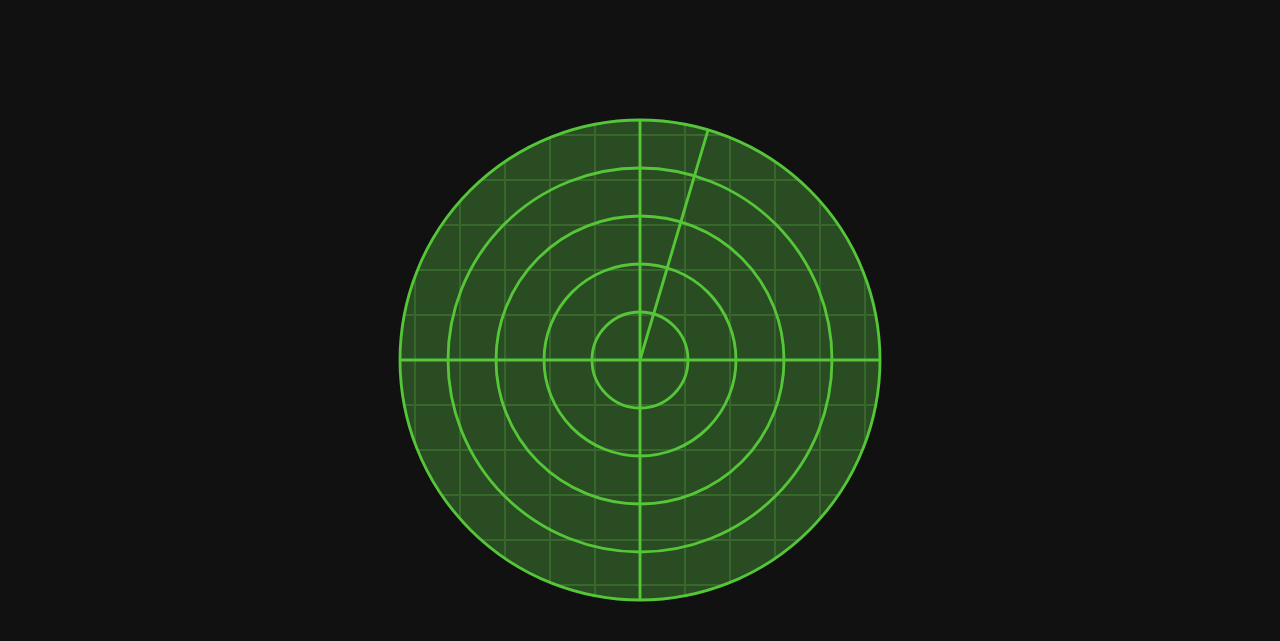
Repository: pedro-mancano/ProjetoCDM204
Page: scripts/radar.html
These files come from the project's save history. The page is drawn as it stood at one moment and after the next save; the edit follows.
The browser window is 1280 px wide. The pictures show the whole page.

Above is the page before, as saved 2024-11-27 08:51:03.

After the next save:
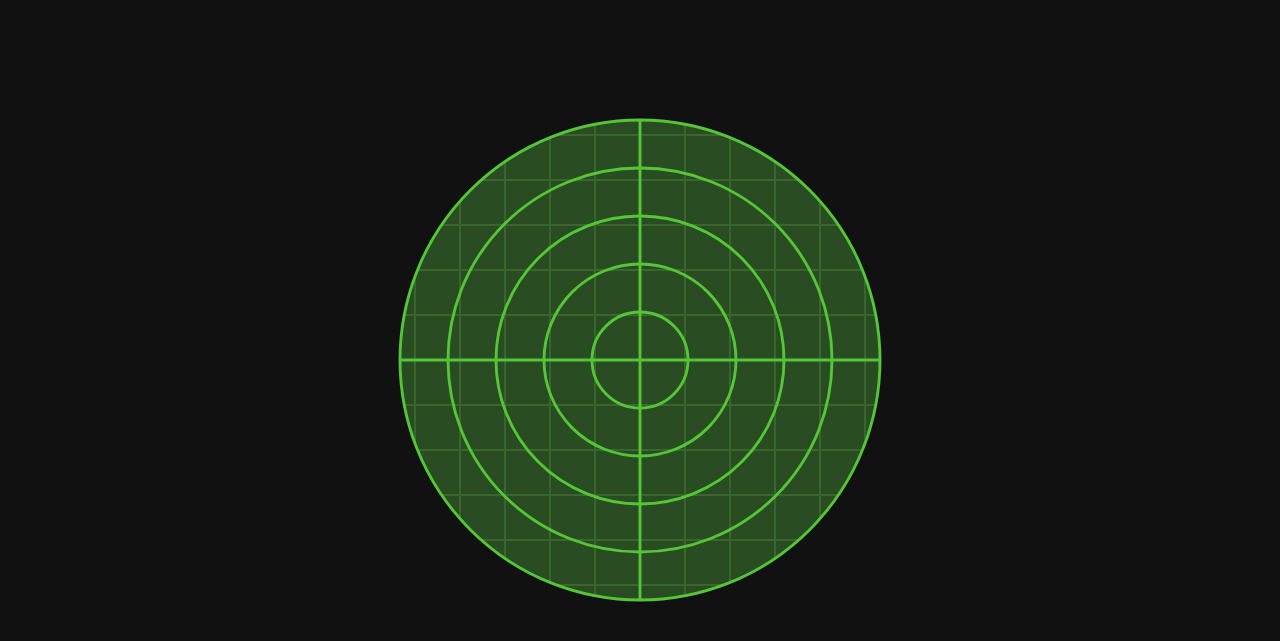
Console error: ReferenceError: angle is not defined
Saved 5 min 54 s later.
--- a/scripts/radar.js
+++ b/scripts/radar.js
@@ -71,7 +71,7 @@ function draw(elapsed) {
   ctx.lineWidth = 2 * scaleFactor;
   ctx.beginPath();
   ctx.moveTo(R, R);
-  ctx.lineTo(R + r * Math.cos((performance.now() / 1000) % (2 * Math.PI)), R + r * Math.sin((performance.now() / 1000) % (2 * Math.PI)));
+  ctx.lineTo(R + r * Math.cos(angle * Math.PI / 180), R + r * Math.sin(angle * Math.PI / 180));
   ctx.stroke();
 }
 

After the 3 saves that followed:
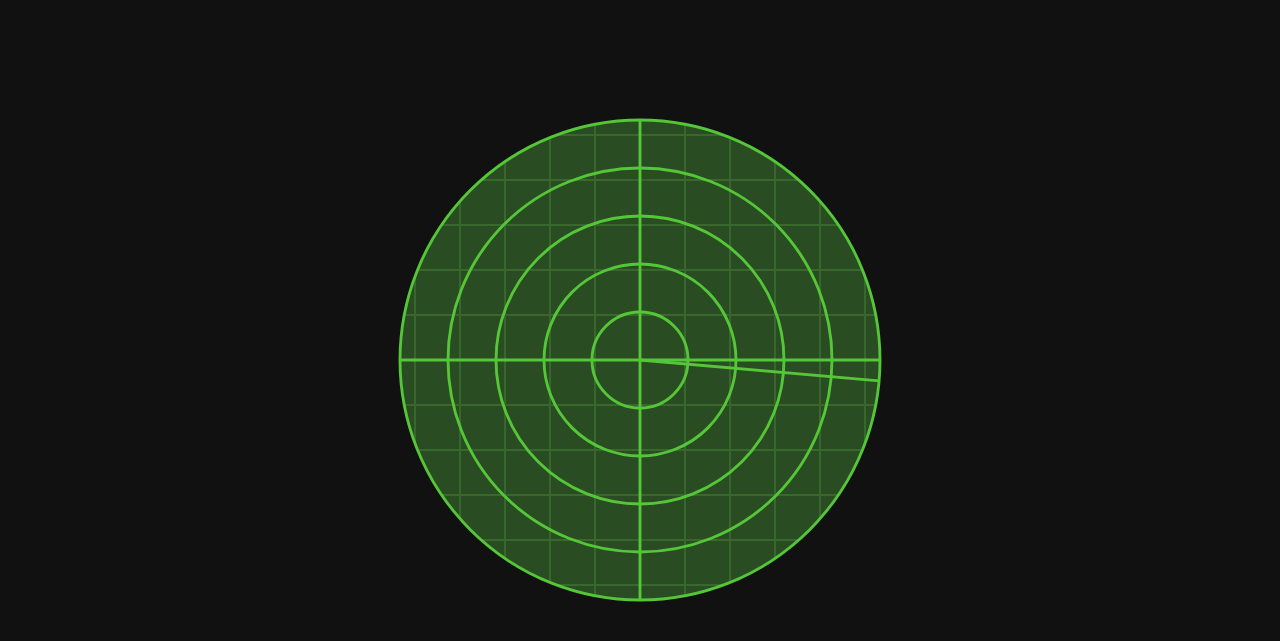
The error is gone.
The 3 saves are shown as one change because they came seconds apart.
The last was saved 13 s later.
--- a/scripts/radar.js
+++ b/scripts/radar.js
@@ -8,6 +8,8 @@ ctx.canvas.width = size;
 ctx.canvas.height = size;
 
 scaleFactor = size / 500;
+
+angle = 5;
 
 function draw(elapsed) {
   ctx.clearRect(0, 0, canvas.width, canvas.height);
